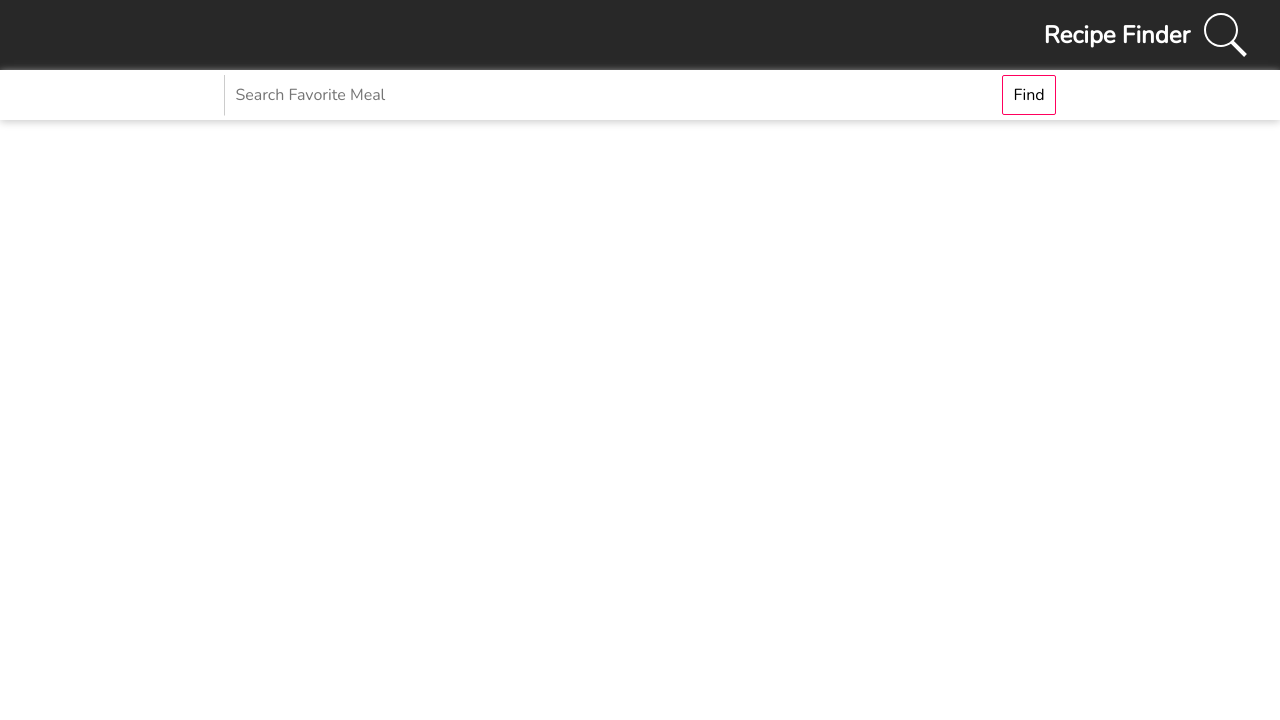
Repository: burntaftermint/recipes
Page: index.html
These files come from the project's save history. The page is drawn as it stood at one moment and after the next save; the edit follows.
The browser window is 1280 px wide. The pictures show the whole page.
The page's requests for data from a server got no answer.

Above is the page before, as saved 2023-11-07 03:05:43.

### index.html
<!DOCTYPE html>
<html lang="en">
<head>
    <meta charset="UTF-8">
    <meta name="viewport" content="width=device-width, initial-scale=1.0">
    <title>Recipe Finder</title>
    <link rel="stylesheet" href="style.css">
    <script src="app.js" defer></script>
</head>
<body>
    <header>
        <h2>Recipe Finder</h2>
        <img src="images/search.svg" alt="Search">
    </header>
    <section class="container">
        <div id="loading"></div>
        <div class="search">
            <input id="txtSearch" type="text" placeholder="Search Favorite Meal" autofocus>
            <button class="btn">Find</button>
        </div>
        <div id="recipe-container">

</div>
    </section>
</body>
</html>

### style.css
@import url('https://fonts.googleapis.com/css2?family=Architects+Daughter&family=Kumbh+Sans:wght@400;700&family=Montserrat:ital,wght@0,100;0,200;0,300;0,400;0,500;0,600;0,700;0,800;0,900;1,100;1,200;1,300;1,400;1,500;1,600;1,700;1,800;1,900&family=Nunito&family=Roboto:wght@300&family=Rubik:wght@400;500;600;700;800&display=swap');
:root {
    --light-color: #fff;
    --dark-color: #282828;
    --header-height: 70px;
    --search-height: 50px;
    --border-color: #ccc;
}
* {
    margin: 0;
    padding: 0;
    box-sizing: border-box;
    font-family: 'Nunito', sans-serif;
}

body {
    height: 100vh;
    width: 100vw;
    background: var(--light-color);
    overflow: hidden;
}

.container {
    text-align: center;
    height: calc(100vh - var(--header-height));
}

header {
    height: var(--header-height);
    background: var(--dark-color);
    display: flex;
    align-items: center;
    justify-content: flex-end;
    color: var(--light-color);
    gap: 10px;
    padding-right: 30px;
}

header img {
    filter: invert(1);
}

.search {
    display: flex;
    justify-content: center;
    align-items: center;
    height: var(--search-height);
    gap: 10px;
    box-shadow: 0px 2px 8px 0px var(--border-color);
}

.search input[type="text"] {
    padding: 8px 10px;
    line-height: 1.5;
    font-size: 1rem;
    border: none;
    border-left: 1px solid var(--border-color);
    border-bottom: 1px solid transparent;
    outline: none;
    transition: all 200ms ease-in-out;
    width: 60%;

}

.search input[type="text"] :focus {
    border-left-color: transparent;
    border-bottom-color: var(--border-color);
    width: 61%;
}

.btn {
    padding: 8px 10px;
    background: transparent;
    border-radius: 2px;
    user-select: none;
    font-size: 1rem;
    border: 1px solid #ff005d;
    cursor: pointer;
}

.btn:hover {
    background: #ff005d;
    border-color: var(--light-color);
}

#recipe-container {
    display: flex;
    justify-content: center;
    align-items: flex-start;
    flex-wrap: wrap;
    height: calc(100vh - (var(--header-height) + var(--search-height) + 20px));
    overflow: hidden;
    overflow-y: auto;
}

.recipe {
    height: 300px;
    width: 300px;
    padding: 8px;
    box-shadow: 0px 0px 8px 2px var(--border-color);
    margin: 20px;
    transition: all 200ms ease-in-out;
    border-radius: 4px 4px 0px 0px;
}

.recipe-title {
    height: 70px;
    display: flex;
    align-items: center;
    justify-content: center;
    font-size: 1rem;
    padding: 5px;
}

.recipe-image {
    height: 210px;
}

.recipe-image img {
    height: 100%;
    width: 100%;
}

.recipe-text {
    height: 0px;
    visibility: hidden;
    opacity: 0;
    transition: all 200ms ease-in-out;
    background: #ccc;
    margin-top: 20px;
    overflow: hidden;
    overflow-y: auto;
    transform: scale(.8);
    transform-origin: top left;
}

.recipe-text ul {
    list-style-type: circle;
    list-style-position: inside;
    text-align: left;
    padding: 5px;
}

.recipe-text ul > li {
    padding: 5px;
}

.recipe:hover .recipe-text {
    height: 120px;
    visibility: visible;
    opacity: 1;
    transform: scale(1);
}

.recipe:hover{
    height: 440px;
}

::selection {
    color: var(--light-color);
    background: rgb(177, 33, 249);
}

### app.js
const appId = "4b9421ae";
const appKey = "bbff63d7d53d545896d77f31eca36816";
const baseUrl = `https://api.edamam.com/api/recipes/v2?type=public&app_id=${appId}&app_key=${appKey}`;
const recipeContainer = document.querySelector("#recipe-container");
const txtSearch = document.querySelector("#txtSearch");
const btnFind = document.querySelector(".btn");

btnFind.addEventListener("click", () => loadRecipes(txtSearch.value));

txtSearch.addEventListener("keyup", (e) => {
    const inputVal = txtSearch.value;
    if (e.keyCode === 13) {
        loadRecipes(inputVal);
    }
});

const setScrollPosition = () => {
    recipeContainer.scrollTo({ top:0, behavior: "smooth" });
}
function loadRecipes(type="panner") {
    const url=baseUrl+ `&q=${type}`;
    fetch(url)
    .then((res) => res.json())
    .then((data) => renderRecipes(data.hits))
    .catch((error) => console.log(error))
    .finally(() => setScrollPosition());
}
loadRecipes();

const getRecipeStepsStr = (ingredientLines = []) => {
    let str = "";
    for(var step of ingredientLines) {
        str = str + `<li>${step}</li>`;
    }
    return str;
};

const renderRecipes = (recipeList=[]) => {
    recipeContainer.innerHTML = "";
    recipeList.forEach((recipeObj) => {
            const {
                label: recipeTitle,
                 ingredientLines,
                  image:recipeImage
                } = recipeObj.recipe;
                const recipeStepsStr = getRecipeStepsStr(ingredientLines);
        const htmlStr = `<div class="recipe">
                <div class="recipe-title">${recipeTitle}</div>
                <div class="recipe-image">
                    <img src="${recipeImage}" alt="Recipe">
                </div>


        <div class="recipe-text">
            <ul>
                ${recipeStepsStr}
            </ul>
        </div>
    </div>`;
    recipeContainer.insertAdjacentHTML("beforeend", htmlStr);
    })
}

After the next save:
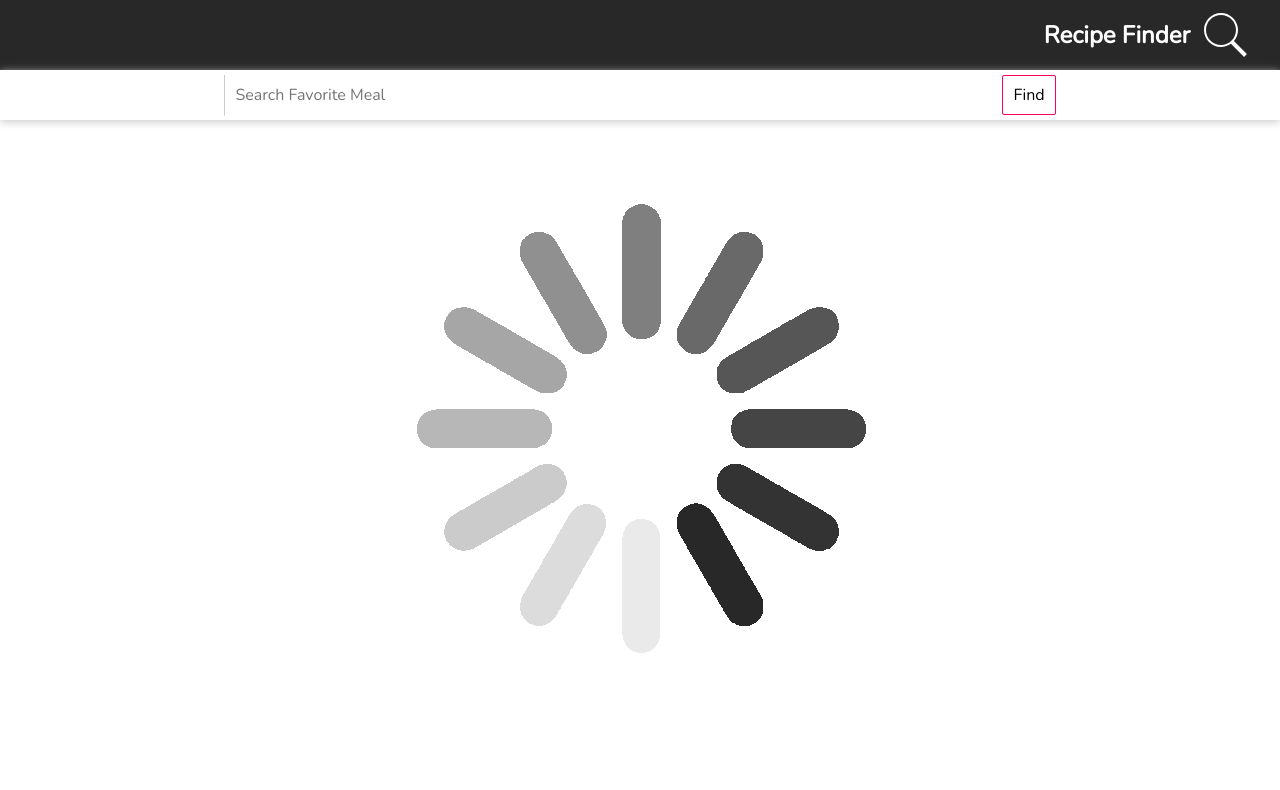
Saved 6 min 42 s later.
--- a/style.css
+++ b/style.css
@@ -160,3 +160,11 @@ header img {
     color: var(--light-color);
     background: rgb(177, 33, 249);
 }
+
+#loading {
+    background: url(images/Spinnercolor.gif) no-repeat center center;
+    position: absolute;
+    width: 100%;
+    height: 100%;
+    z-index: 999;
+}

After the 3 saves that followed:
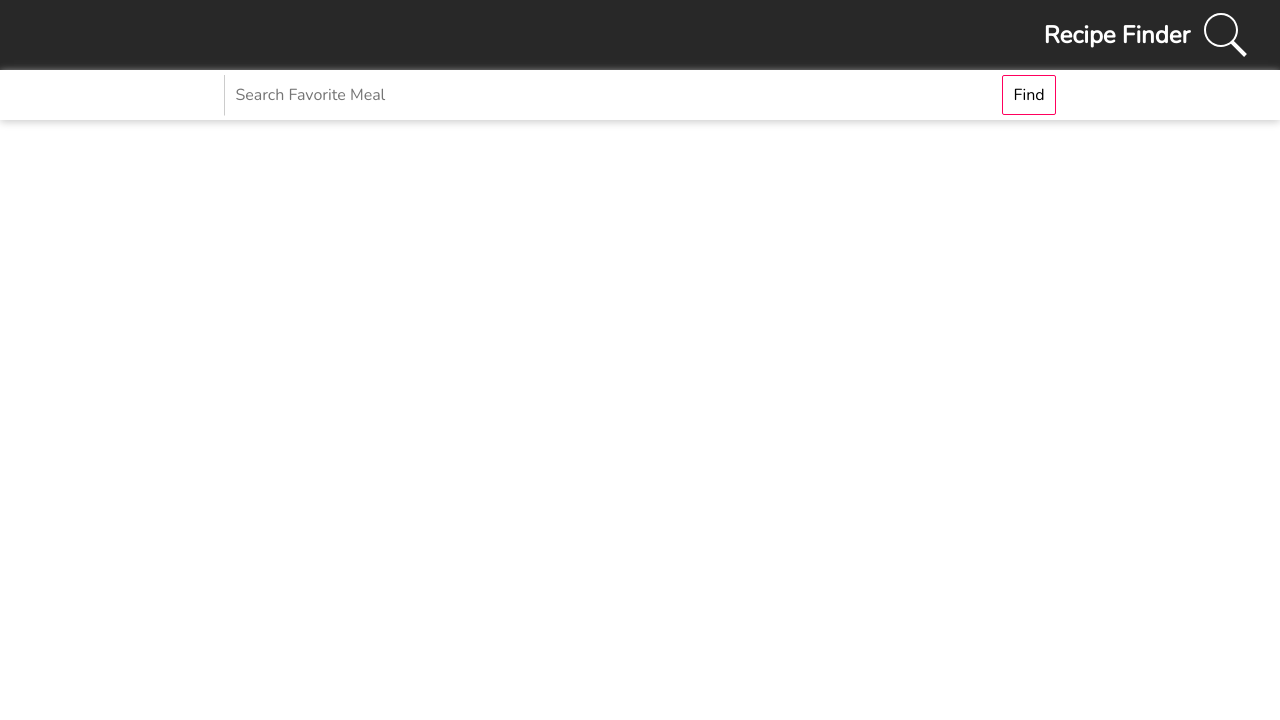
The 3 saves are shown as one change because 2 left the picture as it was.
The last was saved 5 min 34 s later.
--- a/style.css
+++ b/style.css
@@ -168,3 +168,7 @@ header img {
     height: 100%;
     z-index: 999;
 }
+
+.hide {
+    display: none;
+}
--- a/app.js
+++ b/app.js
@@ -4,6 +4,7 @@ const baseUrl = `https://api.edamam.com/api/recipes/v2?type=public&app_id=${appI
 const recipeContainer = document.querySelector("#recipe-container");
 const txtSearch = document.querySelector("#txtSearch");
 const btnFind = document.querySelector(".btn");
+const loadingEle = document.querySelector("#loading");
 
 btnFind.addEventListener("click", () => loadRecipes(txtSearch.value));
 
@@ -14,6 +15,9 @@ txtSearch.addEventListener("keyup", (e) => {
     }
 });
 
+const toggleLoad = (element, isShow) => {
+    element.classList.toggle("hide", isShow);
+}
 const setScrollPosition = () => {
     recipeContainer.scrollTo({ top:0, behavior: "smooth" });
 }
@@ -21,8 +25,11 @@ function loadRecipes(type="panner") {
     const url=baseUrl+ `&q=${type}`;
     fetch(url)
     .then((res) => res.json())
-    .then((data) => renderRecipes(data.hits))
-    .catch((error) => console.log(error))
+    .then((data) => {
+        renderRecipes(data.hits);
+        toggleLoad(loadingEle, true);
+    })
+    .catch((error) => toggleLoad(loadingEle, true))
     .finally(() => setScrollPosition());
 }
 loadRecipes();
